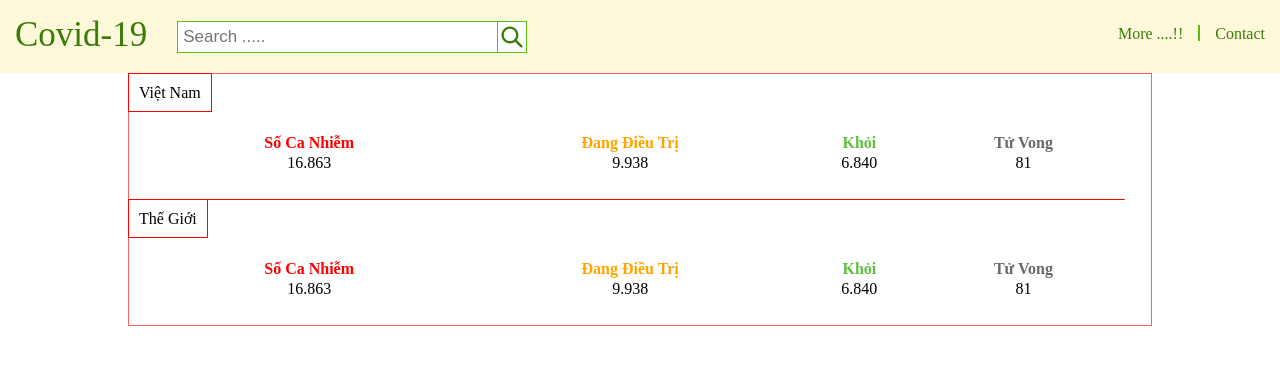
Repository: thuongton98/Covid
Page: html-css-js/index.html
These files come from the project's save history. The page is drawn as it stood at one moment and after the next save; the edit follows.
The browser window is 1280 px wide. The pictures show the whole page.

Above is the page before, as saved 2021-07-01 10:00:18.

### html-css-js/index.html
<!DOCTYPE html>
<html lang="en">
<head>
    <meta charset="UTF-8">
    <meta http-equiv="X-UA-Compatible" content="IE=edge">
    <meta name="viewport" content="width=device-width, initial-scale=1.0">

    <link rel="stylesheet" href="./styles.css">
    <title>Covid-19</title>
</head>
<body>
    <nav>
        <div class="icon">
            <div class="icon-i">Covid-19</div>
            <div class="icon-search">
                <input type="text" placeholder="Search .....">
                <svg fill="#000000" xmlns="http://www.w3.org/2000/svg"  viewBox="0 0 48 48" width="48px" height="48px"><path d="M 20.5 6 C 12.515556 6 6 12.515562 6 20.5 C 6 28.484438 12.515556 35 20.5 35 C 23.773158 35 26.788919 33.893018 29.220703 32.050781 L 38.585938 41.414062 A 2.0002 2.0002 0 1 0 41.414062 38.585938 L 32.050781 29.220703 C 33.893017 26.788918 35 23.773156 35 20.5 C 35 12.515562 28.484444 6 20.5 6 z M 20.5 10 C 26.322685 10 31 14.677319 31 20.5 C 31 23.295711 29.914065 25.820601 28.148438 27.697266 A 2.0002 2.0002 0 0 0 27.701172 28.144531 C 25.824103 29.912403 23.29771 31 20.5 31 C 14.677315 31 10 26.322681 10 20.5 C 10 14.677319 14.677315 10 20.5 10 z"/></svg>
            </div>

        </div>
        <ul class="nav-i">
            <li>More ....!!</li>
            <li>Contact</li>
        </ul>
    </nav>
    <section class="case">
        <div>
            <span>Việt Nam</span>
            <table>

                <tr>
                    <th>Số Ca Nhiễm</th>
                    <th>Đang Điều Trị</th>
                    <th>Khỏi</th>
                    <th>Tử Vong</th>
                </tr>
                <tr>
                    <td>16.863</td>
                    <td>9.938</td>
                    <td>6.840</td>
                    <td>81</td>
                </tr>

            </table>
           <div class="line"></div>
            <span>Thế Giới</span>
            <table>
                <tr>
                    <th>Số Ca Nhiễm</th>
                    <th>Đang Điều Trị</th>
                    <th>Khỏi</th>
                    <th>Tử Vong</th>
                </tr>
                <tr>
                    <td>16.863</td>
                    <td>9.938</td>
                    <td>6.840</td>
                    <td>81</td>
                </tr>
            </table>
            </table>
        </div>
    </section>
</body>
</html>

### html-css-js/styles.css

*{
    padding: 0;
    margin: 0;
    box-sizing: border-box;
}



nav{
    background-color: #fff9db;
    display: flex;
    justify-content: space-between;
    padding:15px
}


nav .icon{
    display: flex;
}

nav .nav-i{
    display: flex;
}

nav .nav-i li{
    list-style: none;
    padding-right: 15px;
    padding-top:10px;
    color:#397d09;
    cursor: pointer;

}

nav .nav-i li:hover{
    color:#57bf0d;
}

nav .nav-i li:last-child{
    padding-right:0;
}

nav .nav-i li:after{
    content: '';
    border: 1px solid #57bf0d;
    margin-left:15px;
    font-size: 12px;
    position: relative;
    top:-2px;
}

nav .nav-i li:last-child::after{
    display: none;
}

nav .icon .icon-i{
    font-size: 35px;
    color: #397d09;
    cursor: pointer;
}

nav .icon .icon-search{
    margin-left:30px;
    position: relative;
   top:-5px;
}


nav .icon .icon-search input{
   padding: 5px;
   width: 350px;
   outline: none;
   border: none;
   font-size: 17px;
   border:1px solid #57bf0d;


}

nav .icon .icon-search svg{
    fill: #397d09;
    cursor: pointer;
    width: 30px;
    height: 32px;
    position: relative;
    border: 1px solid #57bf0d;
    position: relative;
    left: -34px;
    top:11px;
}

nav .icon .icon-search svg:hover{

    fill:#57bf0d
}

.case{
    padding-left: 10%;
    padding-right: 10%;
}

.case div{
    border: 1px solid #f56767;

}
.case .line{
    border-top: 1px solid red;
    border-bottom: none;
    width: 95%;
    margin: 0 auto;
}
.case div table{
   padding: 25px;
   padding-top:40px;
    width: 100%;
}

.case div table td{
    text-align: center;
}

.case div table th:nth-child(1){
    color: red;
}

.case div table th:nth-child(2){
    color: orange;
}

.case div table th:nth-child(3){
    color: #61bf3f;
}

.case div table th:nth-child(4){
    color: #696969;
}

.case div span{
    border:1px solid red;
    padding:10px;
    position: relative;
    top:10px;
    left:-1px
}

After the next save:
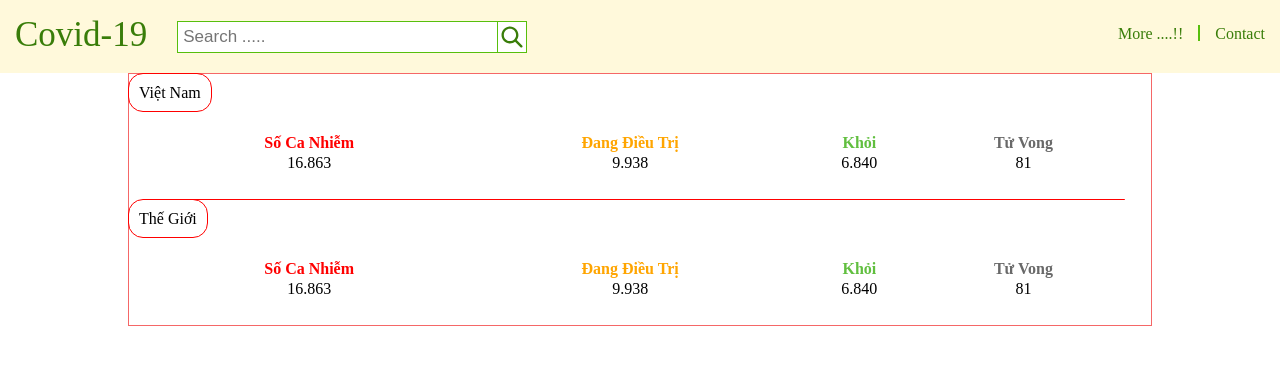
Saved 15 s later.
--- a/html-css-js/styles.css
+++ b/html-css-js/styles.css
@@ -140,5 +140,6 @@ nav .icon .icon-search svg:hover{
     padding:10px;
     position: relative;
     top:10px;
-    left:-1px
+    left:-1px;
+    border-radius: 15px;
 }
